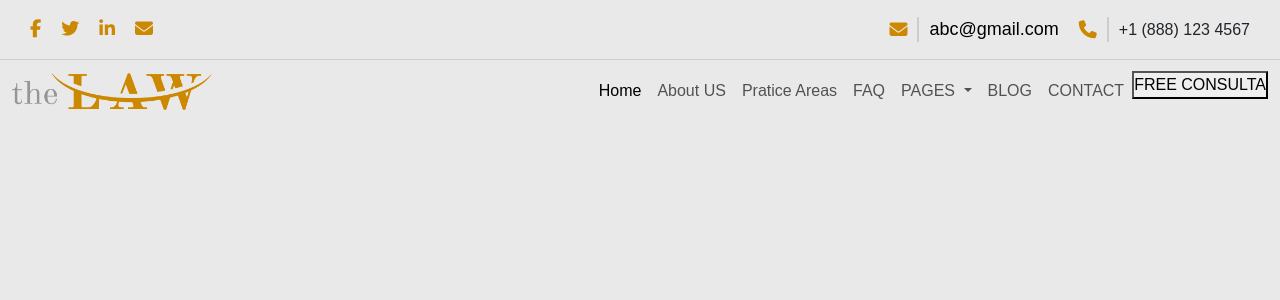
Repository: arehmanraza/lawyer_website
Page: Pages/index.html
These files come from the project's save history. The page is drawn as it stood at one moment and after the next save; the edit follows.
The browser window is 1280 px wide. The pictures show the whole page.
Some web libraries are served in a nearby version.

Above is the page before, as saved 2024-05-22 01:48:45.

### Pages/index.html
<!DOCTYPE html>
<html lang="en">
  <head>
    <meta charset="utf-8" />
    <meta name="viewport" content="width=device-width, initial-scale=1" />
    <title>The Lawyer</title>
    <link
      rel="stylesheet"
      href="https://pro.fontawesome.com/releases/v5.10.0/css/all.css"
      integrity="sha384-AYmEC3Yw5cVb3ZcuHtOA93w35dYTsvhLPVnYs9eStHfGJvOvKxVfELGroGkvsg+p"
      crossorigin="anonymous"
    />
    <link rel="stylesheet" href="/Styling/style.css" />
    <link
      rel="stylesheet"
      href="https://cdnjs.cloudflare.com/ajax/libs/font-awesome/6.5.2/css/all.min.css"
      integrity="sha512-SnH5WK+bZxgPHs44uWIX+LLJAJ9/2PkPKZ5QiAj6Ta86w+fsb2TkcmfRyVX3pBnMFcV7oQPJkl9QevSCWr3W6A=="
      crossorigin="anonymous"
      referrerpolicy="no-referrer"
    />
    <link
      href="https://cdn.jsdelivr.net/npm/bootstrap@5.3.3/dist/css/bootstrap.min.css"
      rel="stylesheet"
      integrity="sha384-QWTKZyjpPEjISv5WaRU9OFeRpok6YctnYmDr5pNlyT2bRjXh0JMhjY6hW+ALEwIH"
      crossorigin="anonymous"
    />
  </head>
  <body>
    <div class="main-container">


      <!-- ---------------head_top_container start ------------------  -->




      <div class="head_top">
        <div class="head_top_left">
          <ul>
            <li>
              <i class="icon2 fa-brands fa-facebook-f"></i>
            </li>
            <li>
              <i class="icon2 fa-brands fa-twitter"></i>
            </li>
            <li>
              <i class="icon2 fa-brands fa-linkedin-in"></i>
            </li>
            <li>
              <i class="icon2 fa-solid fa-envelope"></i>
            </li>
          </ul>
        </div>
        <div class="head_top_right">
          <ul>
            <li>
              <i class="icon2 fa-solid fa-envelope"></i>
              <p class="border1"></p>
              <span><a class="phoneno" href = "mailto: a.rehman78766@gmail.com">abc@gmail.com</a></span>
            </li>
            <li>
              <i class="icon2 fa-solid fa-phone"></i>
              <p class="border1"></p>
              <span>+1 (888) 123 4567</span>
            </li>

          </ul>
        </div>
      </div>
      <!-- ---------------head_top_container end ------------------  -->






      <!-- ---------------Navbar_container start ------------------  -->


      <nav class="navbar navbar-expand-lg ">
        <div class="container-fluid">
          <a class="navbar-brand" href="#"><img src="/Images/logo.png"  width="200px"></a>
          <button class="navbar-toggler" type="button" data-bs-toggle="collapse" data-bs-target="#navbarSupportedContent" aria-controls="navbarSupportedContent" aria-expanded="false" aria-label="Toggle navigation">
            <span class="navbar-toggler-icon"></span>
          </button>
          <div class="collapse navbar-collapse" id="navbarSupportedContent">
            <ul class="navbar-nav ms-auto mb-2 mb-lg-0">
              <li class="nav-item">
                <a class="nav-link active" aria-current="page" href="#">Home</a>
              </li>
              <li class="nav-item">
                <a class="nav-link" href="#">About US</a>
              </li>
              <li class="nav-item">
                <a class="nav-link" href="#">Pratice Areas</a>
              </li>
              <li class="nav-item">
                <a class="nav-link" href="#">FAQ</a>
              </li>

              <li class="nav-item dropdown">
                <a class="nav-link dropdown-toggle" href="#" role="button" data-bs-toggle="dropdown" aria-expanded="false">
                  PAGES
                </a>
                <ul class="dropdown-menu">
                  <li><a class="dropdown-item" href="#">SHOP</a></li>
                  <li><a class="dropdown-item" href="#">ABOUT 2</a></li>
                  <li><a class="dropdown-item" href="#">CONTACT 2</a></li>
                </ul>
              </li>
              <li class="nav-item">
                <a class="nav-link" href="#">BLOG</a>
              </li>
              <li class="nav-item">
                <a class="nav-link" href="#">CONTACT</a>
              </li>
              <li class="nav-item">
                <button>FREE CONSULTA</button>
              </li>
            </ul>

          </div>
        </div>
      </nav>





      <!-- ---------------Navbar_container end ------------------  -->





    </div>
    <script
      src="https://cdn.jsdelivr.net/npm/bootstrap@5.3.3/dist/js/bootstrap.bundle.min.js"
      integrity="sha384-YvpcrYf0tY3lHB60NNkmXc5s9fDVZLESaAA55NDzOxhy9GkcIdslK1eN7N6jIeHz"
      crossorigin="anonymous"
    ></script>
  </body>
</html>

### Styling/style.css
*{
    margin: 0;
    padding: 0;
    box-sizing: border-box;
    font-family: Arial, Helvetica, sans-serif, "Montserrat";
}
.main-container{
    background-color: #e9e9e9;
    width: 100%;
    height: 100vh;
    padding: 0px;
}

.head_top {
    width: 100%;
    height: 60px;
    display: flex;
    justify-content: space-between;
    align-items: center; /* Center items vertically */
    border-bottom: 1px solid #ccc;
    padding: 0px 20px;
}

.head_top_left {
    width: 50%;
    display: flex; /* Ensure the left container is also using flexbox */
    align-items: center; /* Center items vertically */
}
.head_top_left ul {
    display: flex;
    list-style: none;
    padding: 0;
    margin: 0;
}
.head_top_left ul li{
    padding: 0px 10px;
}
.head_top_right{
    display: flex;
    align-items: center;
    width: 50%;
}
.head_top_right ul{
    display: flex;
    list-style: none;
    padding: 0;
    margin: 0px 0px 0px auto;

}
.head_top_right ul li{
    padding: 0px 10px;
    display: flex;
    align-items: center;
}
.border1{
    border-left: 2px solid #ccc;

    height: 25px;
    margin: 0px 10px;
}
.icon2{
    color:  #cc8800;
  font-size: large;
}
.phoneno{
    color: black;
    font-size: 18px;
    font-weight: 500;
    text-decoration: none
}

After the next save:
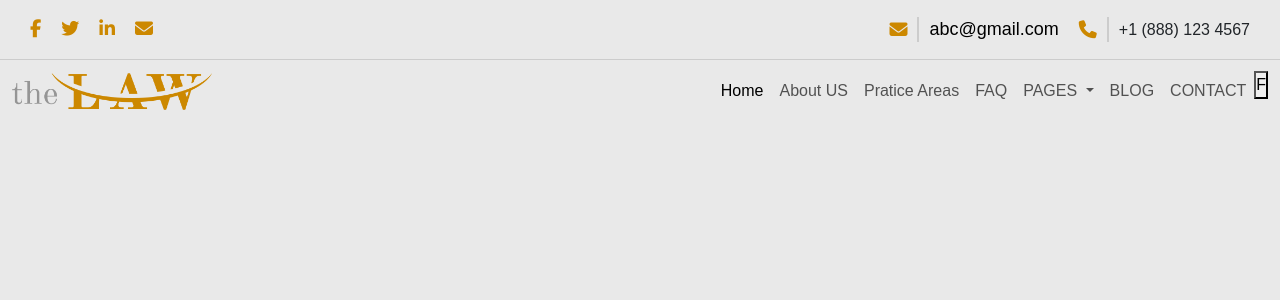
Saved 4 s later.
--- a/Pages/index.html
+++ b/Pages/index.html
@@ -115,7 +115,7 @@
                 <a class="nav-link" href="#">CONTACT</a>
               </li>
               <li class="nav-item">
-                <button>FREE CONSULTA</button>
+                <button>F</button>
               </li>
             </ul>
 
